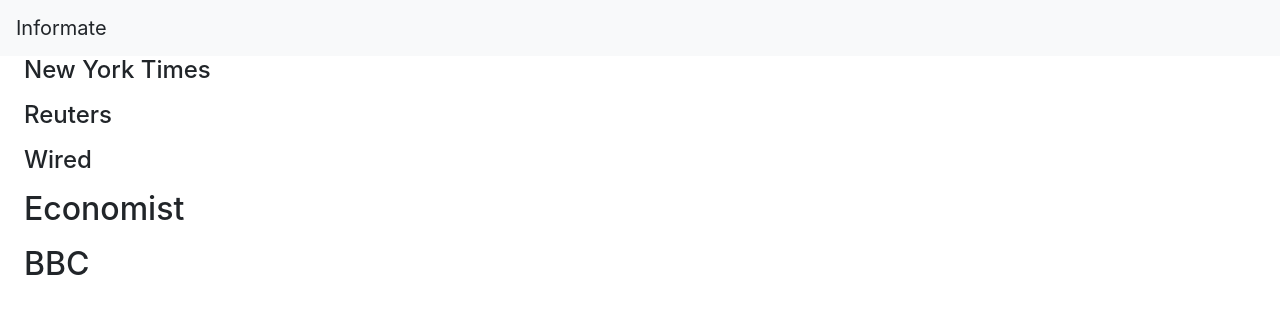
Repository: rbafna6507/newsaggregator-frontend
Page: index.html
The author's editor kept a copy of each file at every save. The page is drawn from the files as they stood at one save, then again after the next save.
The browser window is 1280 px wide. The pictures show the whole page.
The page's requests for data from a server got no answer. Some web libraries are served in a nearby version.

Above is the page before, as saved 2020-12-16 12:48:09.

After the next save:
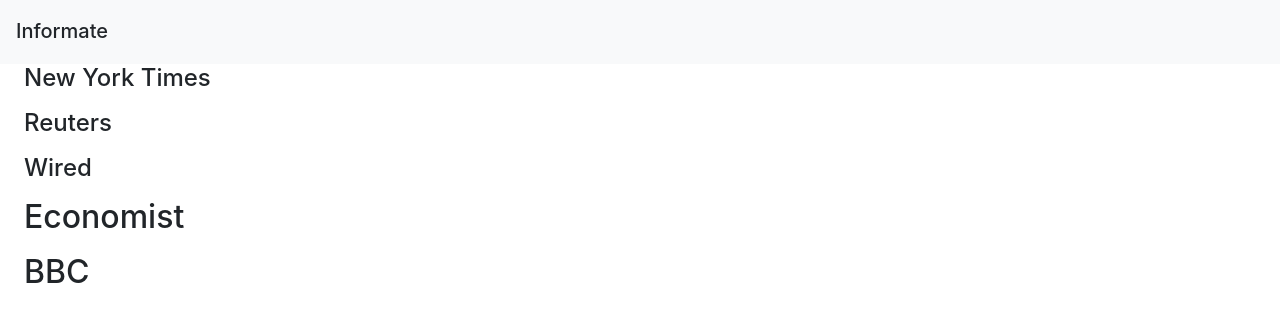
Saved 15 s later.
--- a/index.html
+++ b/index.html
@@ -12,7 +12,7 @@
 
 <body>
     <nav class="navbar navbar-expand-lg navbar-light bg-light">
-        <a class="navbar-brand">Informate</a>
+        <h2><a class="navbar-brand">Informate</a></h2>
     </nav>
     <div style="margin-left: 24px">
         <!-- <div>
